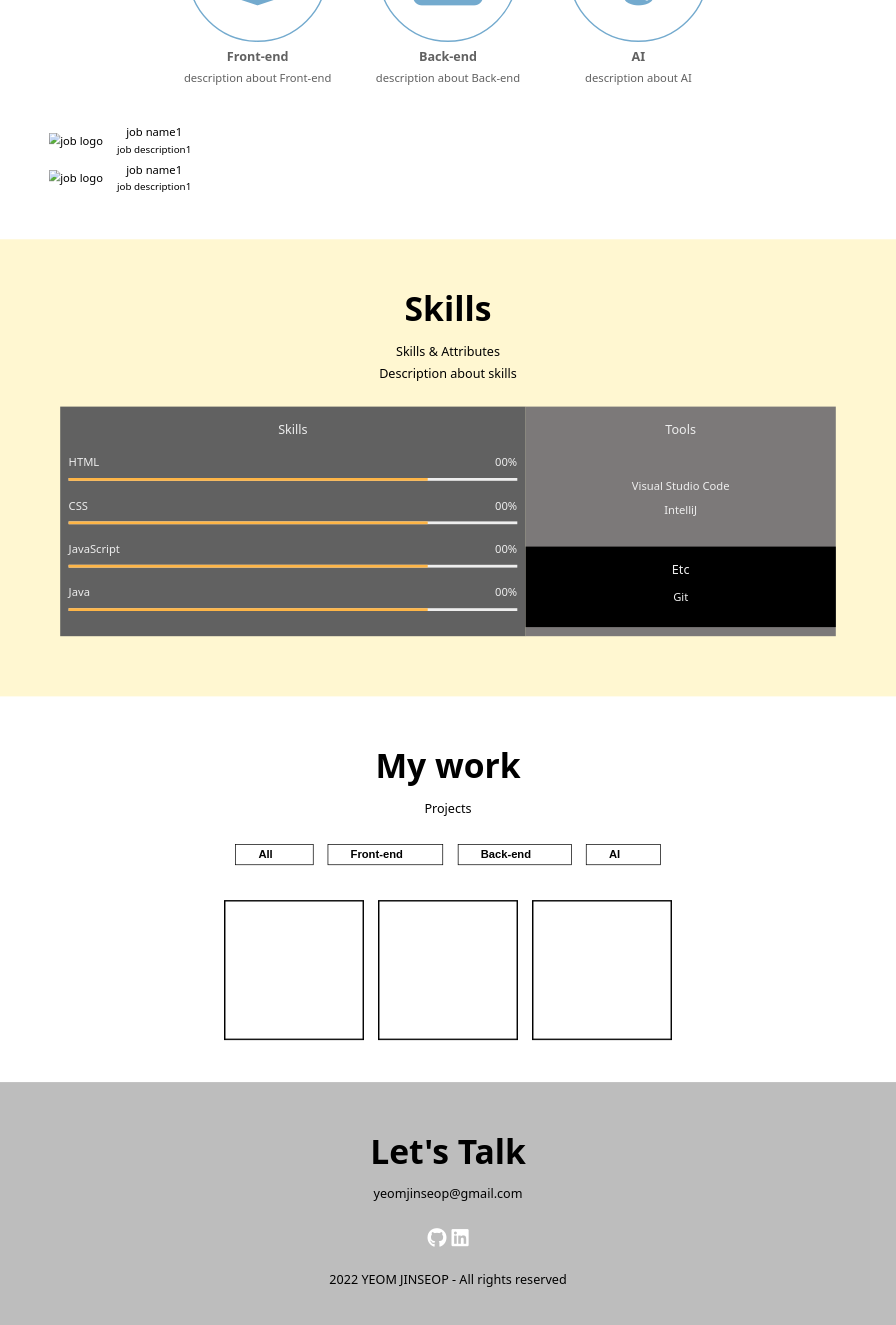
Repository: YEOMJINSEOP/yeomjinseop.github.io
Page: index.html
The author's editor kept a copy of each file at every save. The page is drawn from the files as they stood at one save, then again after the next save.
The browser window is 1280 px wide. The pictures show the part of the page from y = 967 to 2887 px (the page is 2860 px tall before and 2887 px after), at 70% of full size.
Some web libraries are served in a nearby version.

Above is the page before, as saved 2022-08-14 21:05:16.

### index.html
<!DOCTYPE html>
<html lang="en">
<head>
  <meta charset="UTF-8">
  <meta http-equiv="X-UA-Compatible" content="IE=edge">
  <meta name="viewport" content="width=device-width, initial-scale=1.0">
  <title>Jinseop's Portfolio</title>
  <meta name="author" content="Jinseop Yeom">
  <meta name="description" content="Portfolio Website For Jinseop Yeom">

  <!--Logo Image-->
  <link rel="icon" type="image/png" href="images/favicon.png">


  <!--Font Awesome-->
  <script src="https://kit.fontawesome.com/d24b25bb21.js" crossorigin="anonymous"></script>

  <!--Google Fonts-->
  <link rel="preconnect" href="https://fonts.googleapis.com">
  <link rel="preconnect" href="https://fonts.gstatic.com" crossorigin>
  <link href="https://fonts.googleapis.com/css2?family=Open+Sans:wght@400;600;700&display=swap" rel="stylesheet">

  <!--CSS-->
  <link rel="stylesheet" href="style.css">

  <!--JavaScript-->
  <script src="main.js" defer></script>

</head>
<body>
  <!--Navbar-->
  <nav id="navbar">
    <div class="navbar__logo">
      <i class="fa-solid fa-utensils"></i>
      <a href="#">Yeom JinSeop</a>
    </div>
    <div>
      <ul class="navbar__menu">
        <li class="navbar__menu__item active">Home</li>
        <li class="navbar__menu__item">About</li>
        <li class="navbar__menu__item">Skill</li>
        <li class="navbar__menu__item">My work</li>
        <li class="navbar__menu__item">Testimonial</li>
        <li class="navbar__menu__item">Contact</li>
      </ul>
    </div>
  </nav>

  <!-- Home -->
  <section id="home" class="section">
    <img src="/images/whileimage.png" alt="Jinseop's image" class="home__avatar">
    <h1 class="home__title">Welcome! <br/> Jinseop's Portfolio</h1>
    <h3 class="home__description">Type Home Description Here.</h3>
    <button class="home__button">Contact Me</button>
  </section>

  <!--About-->
  <section id="about" class="section">
    <div class="section__container">
      <h1>About me</h1>
      <p>Wrtie about me here.</p>

      <div class="about__majors">
        <div class="about__majors">
        <div class="major">
          <div class="major__icon">
            <i class="fa-brands fa-html5"></i>
          </div>
          <div class="major__title">
            Front-end
          </div>
          <div class="major__description">
            description about Front-end
          </div>
        </div>

        <div class="major">
          <div class="major__icon">
            <i class="fa-solid fa-server"></i>
          </div>
          <div class="major__title">
            Back-end
          </div>
          <div class="major__description">
            description about Back-end
          </div>
        </div>


        <div class="major">
          <div class="major__icon">
            <i class="fa-brands fa-python"></i>
          </div>
          <div class="major__title">
            AI
          </div>
          <div class="major__description">
            description about AI
          </div>
        </div>
      </div>
    </div>

      <div class="about__jobs">
        <div class="job">
          <img src="" alt="job logo" class="job__logo">
          <div class="job__info">
            <p class="job__name">job name1</p>
            <p class="job__description">job description1</p>
          </div>
        </div>
        <div class="job">
          <img src="" alt="job logo" class="job__logo">
          <div class="job__info">
            <p class="job__name">job name1</p>
            <p class="job__description">job description1</p>
          </div>
        </div>
      </div>
    </div>
  </section>

  <!--Skills-->
  <section id="skills" class="section">
    <div class="section__container">
      <h1>Skills</h1>
    <h3>Skills & Attributes</h3>
    <p>Description about skills</p>
    <div class="skillset">
      <div class="skillset__left">
        <h3 class="skillset__title">Skills</h3>
        <div class="skill">
          <div class="skill__description">
            <span>HTML</span>
            <span>00%</span>
          </div>

          <div class="skill__bar">
            <div class="skill__value"></div>
          </div>
        </div>

        <div class="skill">
          <div class="skill__description">
            <span>CSS</span>
            <span>00%</span>
          </div>

          <div class="skill__bar">
            <div class="skill__value"></div>
          </div>

          <div class="skill">
            <div class="skill__description">
              <span>JavaScript</span>
              <span>00%</span>
            </div>

            <div class="skill__bar">
              <div class="skill__value"></div>
            </div>
          </div>
        </div>

        <div class="skill">
          <div class="skill__description">
            <span>Java</span>
            <span>00%</span>
          </div>

          <div class="skill__bar">
            <div class="skill__value"></div>
          </div>
        </div>
      </div>

      <div class="skillset__right">
        <div class="tools">
          <h3 class="skillset__title">Tools</h3>
          <ul class="tools__list">
            <li><span>Visual Studio Code</span></li>
            <li><span>IntelliJ</span></li>
          </ul>
        </div>

        <div class="etc">
          <h3 class="skillset__title">Etc</h3>
          <ul class="etc__list">
            <li><span>Git</span></li>
          </ul>
        </div>
      </div>
    </div>
    </div>
  </section>

  <!--Work-->
  <section id="work" class="section">
    <h1>My work</h1>
    <h3>Projects</h3>
    <div class="work__categories">
      <button class="category__btn">All<span class="category__count">3</span></button>
      <button class="category__btn">Front-end<span class="category__count">1</span></button>
      <button class="category__btn">Back-end<span class="category__count">1</span></button>
      <button class="category__btn">AI<span class="category__count">1</span></button>
    </div>

    <div class="work__projects">
      <a href="#" class="project" target="blank">
        <img src="images/whileimage.png" alt="project image" class="project__image">
        <div class="project__description">
          <h3>Project Name</h3>
          <span>Description about Project</span>
        </div>
      </a>

      <a href="#" class="project" target="blank">
        <img src="images/whileimage.png" alt="project image" class="project__image">
        <div class="project__description">
          <h3>Project Name</h3>
          <span>Description about Project</span>
        </div>
      </a>

      <a href="#" class="project" target="blank">
        <img src="images/whileimage.png" alt="project image" class="project__image">
        <div class="project__description">
          <h3>Project Name</h3>
          <span>Description about Project</span>
        </div>
      </a>
    </div>
  </section>

  <!--Testimonial-->
  <!-- <section id="testimonial" class="section">
    <h1>Testimonial</h1>
    <h3>See What They Say About Me</h3>
    <div class="testimonials">
      <div class="testimonial">
        <img src="" alt="Person Image" class="testimonial__avatar">
        <div class="testimonial__speech_bubble">
          <p>Recommendation Talk Here.</p>
          <p class="name"><a href="#">Professor A</a></p>
        </div>
      </div>

      <div class="testimonial">
        <img src="" alt="Person Image" class="testimonial__avatar">
        <div class="testimonial__speech_bubble">
          <p>Recommendation Talk Here.</p>
          <p class="name"><a href="#">Professor A</a></p>
        </div>
      </div>
    </div>
  </section> -->

  <!--Contact-->
  <section id="contact" class="section">
    <h1>Let's Talk</h1>
    <h3>yeomjinseop@gmail.com</h3>
    <div class="contact_links">
      <a href="#" target="blank">
        <i class = "fab fa-github"></i>
      </a>

      <a href="#" target="blank">
        <i class = "fa fa-linkedin-square"></i>
      </a>
    </div>
    <p class="contact_rights">
      2022 YEOM JINSEOP - All rights reserved
    </p>
  </section>
</body>
</html>

### style.css
 /* Global */

 :root{
  /* Color */
  --color-white: #ffffff;
  --color-light-white: #eeeeee;
  --color-dark-white: #bdbdbd;
  --color-pink: #fe918d;
  --color-dark-pink: #ff6863;
  --color-deep-pink: #FF8ACA;
  --color-black: #4d4d4d;
  --color-grey: #616161;
  --color-light-gray: #7c7979;
  --color-blue: #73aace;
  --color-yellow: #fff7d1;
  --color-light-yellow: #FBFAE2;
  --color-orange: #feb546;
  --color-black: #000000;
  --color-yellow-green: #BEEBA9;
  --color-sky-blue: #A9D7EB;
  --color-deep-blue: #4280EB;
  --color-dark-deep-blue: #627BA3;

  /* Font size */
  --font-large: 48px;
  --font-medium: 28px;
  --font-regular: 18px;
  --font-small: 16px;
  --font-micro: 14px;


  /* Font Weight */
  --weight-bold: 700;
  --weight-semi-bold: 600;
  --weight-regular: 400;

  /* Size */
  --size-border-radius: 4px;

  /* Animation */
  --animation-duration: 300ms;

 }

 /* Universal tages */
 * {
  box-sizing: border-box;
 }

 body{
  margin: 0;
  font-family:system-ui, -apple-system, BlinkMacSystemFont, 'Segoe UI', Roboto, Oxygen, Ubuntu, Cantarell, 'Open Sans', 'Helvetica Neue', sans-serif;
  cursor: default;
}

 a{
  text-decoration: none;
  color: var(--color-white);
 }

 ul{
  list-style: none;
  padding-left: 0;
 }

 button{
  background-color: transparent;
  border: none;
  cursor: pointer;
 }



 /* Typography */

 h1{
  font-size: var(--font-large);
  font-weight: var(--weight-bold);
  color: var(--color-black);
  margin: 16px 0;
 }

 h2{
  font-size: var(--font-medium);
  font-weight: var(--weight-semi-bold);
  color: var(--color-black);
  margin: 8px 0;
 }

 h3{
  font-size: var(--font-regular);
  font-weight: var(--weight-regular);
  color: var(--color-black);
  margin: 8px 0;
 }

 p{
  font-size: var(--font-regular);
  font-weight:  var(--font-regular);
  color: var(--color-black);
  margin: 4px 0;
 }

 /* Body  */

 /* Nav */
 #navbar{
  display: flex;
  justify-content: space-between;
  align-items: center;
  background-color: var(--color-deep-blue);
  color: var(--color-white);
  padding: 16px;
 }

 .navbar__logo{
  font-size: var(--font-medium);
  font-weight: var(--weight-semi-bold);
  padding: 8px 12px;
 }

 .navbar__menu{
  display: flex;
  font-size: var(--font-small);
  font-weight: var(--weight-regular);
 }

 .navbar__menu__item.active{
  border: 1px solid white;
 }

 .navbar__menu__item{
  padding: 8px 12px;
  margin: 0 4px;
  border-radius: var(--size-border-radius);
  cursor: pointer;
 }

 .navbar__menu__item:hover{
  background-color: var(--color-dark-deep-blue);
 }

 /* Home */

 #home{
  background-color: var(--color-sky-blue);
  background-position: center;
  background-repeat: no-repeat;
  background-size: cover;
  padding: 40px;
  text-align: center;
 }

 .home__avatar{
  border: 2px solid var(--color-white);
  border-radius: 50%;
  width: 200px;
  height: 200px;
 }

 .home__title,
 .home__description{
  font-size: var(--font-medium);
  color: var(--color-white);
  padding: 4px;
 }

 .home__button{
  border: 1px solid var(--color-white);
  padding: 8px 12px;
  margin-top: 8px;
  color: var(--color-white);
 }

.home__button:hover{
  background-color: var(--color-deep-blue);
}

/* Section Common */
.section{
  padding: 50px;
  text-align: center;
}

.section__contatiner{
  max-width: 1200px;
}

/* About */

.about__majors{
  display: flex;
  justify-content: center;
  margin: 8px 12px;
  padding: 12px;
}

.major{
  margin: 8px 24px;
}

.major__icon{
  height: 200px;
  width: 200px;
  font-size: 100px;
  line-height: 200px;
  border: 2px solid var(--color-blue);
  border-radius: 50%;
  color: var(--color-blue);
  margin: 8px 12px;
  transition: all var(--animation-duration) linear;
}

.major__icon:hover{
  color: var(--color-orange);
  border-color: var(--color-orange);
}

.major__icon:hover i{
  transform: scale(120%);
}


.major__title {
  font-size: var(--font-regular);
  font-weight: var(--weight-semi-bold);
  color:var(--color-grey);
  margin: 8px;;
}

.major__description{
  font-size: var(--font-small);
  color: var(--color-grey);
}

.about__jobs{
  margin: 12px 0;
}

.job{
  display: flex;
  align-items: center;
}

.job__logo{
  padding: 8px;
  margin: 4px 12px;
}

.job__name{
  font-size: var(--font-small);
}

.job__description{
  font-size: var(--font-micro);
}

/* Skill */

#skills{
  background-color: var(--color-yellow);
}
.skillset{
  display: flex;
  justify-content: center;
  margin: 12px 12px;
  padding: 24px;
  color: var(--color-light-white);
}

.skillset__left{
  padding: 12px;
  flex-basis: 60%;
  background-color: var(--color-grey);
}

.skill{
  margin: 24px 0;
}

.skill__description{
  display: flex;
  justify-content: space-between;
}

.skillset__title{
  color: var(--color-light-white);
  margin: 8px 0;
}

.skill__bar{
  width: 100%;
  height: 4px;
  background-color: var(--color-light-white);
  margin: 12px 0;
}

.skill__value{
  width: 80%;
  /* width는 html에 style로 넣어서 각각 지정하기! */
  height: 4px;
  background-color: var(--color-orange);
}


.skillset__right{
  flex-basis:40%;
  background-color: var(--color-light-gray);
}

.tools{
  padding: 12px;
  height:200px;
}

.tools__list{
  padding: 30px 0;
}

.tools__list li{
  margin: 12px;
}


.etc{
  background-color: var(--color-black);
  height: 115px;
  padding: 12px;
}

/* Work */

.work__categories{
  margin: 24px 0 ;
  padding: 12px 0;
}

.category__btn{
  border: 1px solid var(--color-black);
  background-color: var(--color-white);
  padding: 4px 32px;
  margin: 4px 8px;
  font-size: var(--font-small);
  font-weight: var(--weight-semi-bold);
}

.category__btn:hover {
  background-color: var(--color-light-white);
}

.category__btn:hover .category__count{
  opacity: 1;
  transform: translateY(0);
}

.category__count{
  width:  20px;
  height: 20px;
  line-height: 20px;
  color: var(--color-white);
  margin-left: 5px;
  background-color: var(--color-orange);
  display: inline-block;
  border-radius: 50%;
  opacity: 0;
  transition: all var(--animation-duration) ease-in;
  transform: translateY(-10px);
}

.work__projects{
  display: flex;
  flex-wrap:wrap;
  align-items: center;
  justify-content: center;
}

.project__image{
  width: 100%;
  height: 100%;
}

.project{
  position: relative;
  width: 200px;
  height: 200px;
  margin: 10px;
}

.project__description{
  position: absolute;
  top:0px;
  left:0px;
  background-color: var(--color-grey);
  width: 100%;
  height: 100%;
  display: flex;
  flex-direction: column;
  justify-content: center;
  opacity: 0;
  transition: all var(--animation-duration) ease-in;
  transform: translateY(-10px);
}

.project__description h3{
  color: var(--color-white);
}

.project__description h3:after{
  content: " ";
  display: block;
  position: relative;
  left: 50%;
  width: 20px;
  height: 2px;
  margin-top: 8px;
  margin-left: -8px;
  background-color: var(--color-white);
}

.project__description:hover{
  opacity: 0.8;
  transform: translateY(0);
}

/* Contact */

#contact{
  background-color: var(--color-dark-white);
}

.contact_links{
  padding: 24px 0;
  font-size: var(--font-medium);
}

Loaded but not shown: main.js (no copy from this time; the picture is the same without it)

After the next save:
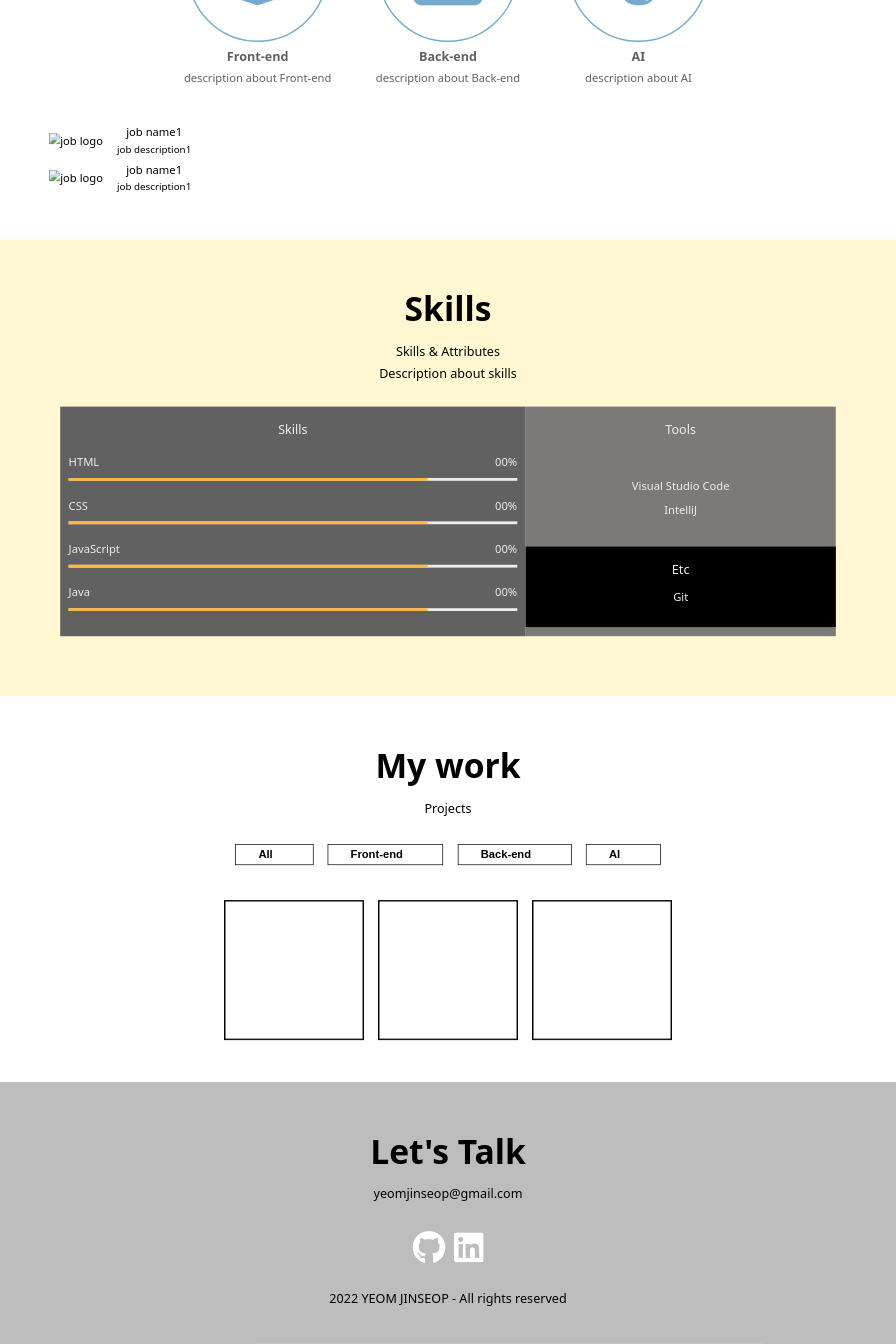
Saved 5 s later.
--- a/style.css
+++ b/style.css
@@ -430,5 +430,5 @@
 
 .contact_links{
   padding: 24px 0;
-  font-size: var(--font-medium);
-}
+  font-size: var(--font-large);
+}
